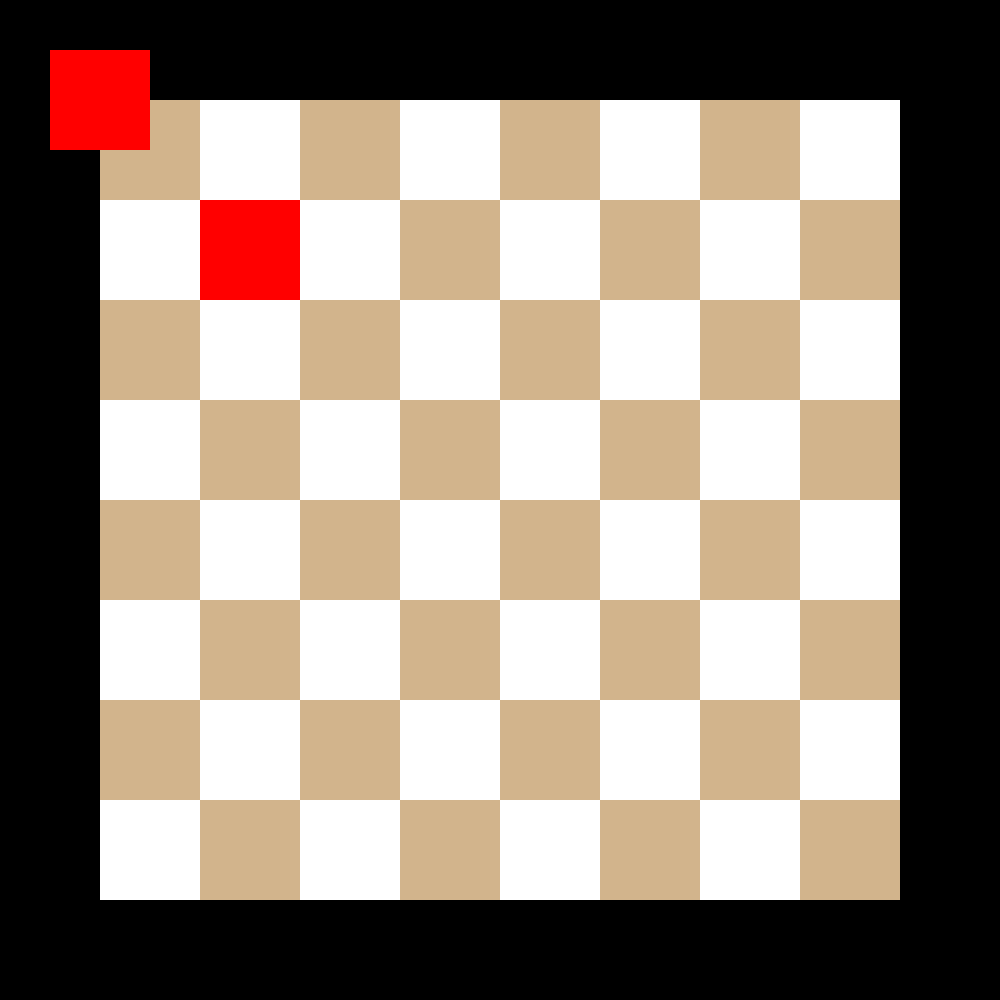
Repository: a-longe/capstone
Script's output: python engine/drag_n_drop_test.py
An editor plug-in stored every save of this project. The script's output is shown before and after the next save, followed by the edit.
The window is shown after at most 60 frames with no key pressed. Random numbers start from a fixed seed.

Above is the script's output before, as saved 2023-12-10 11:52:12.

After the next save:
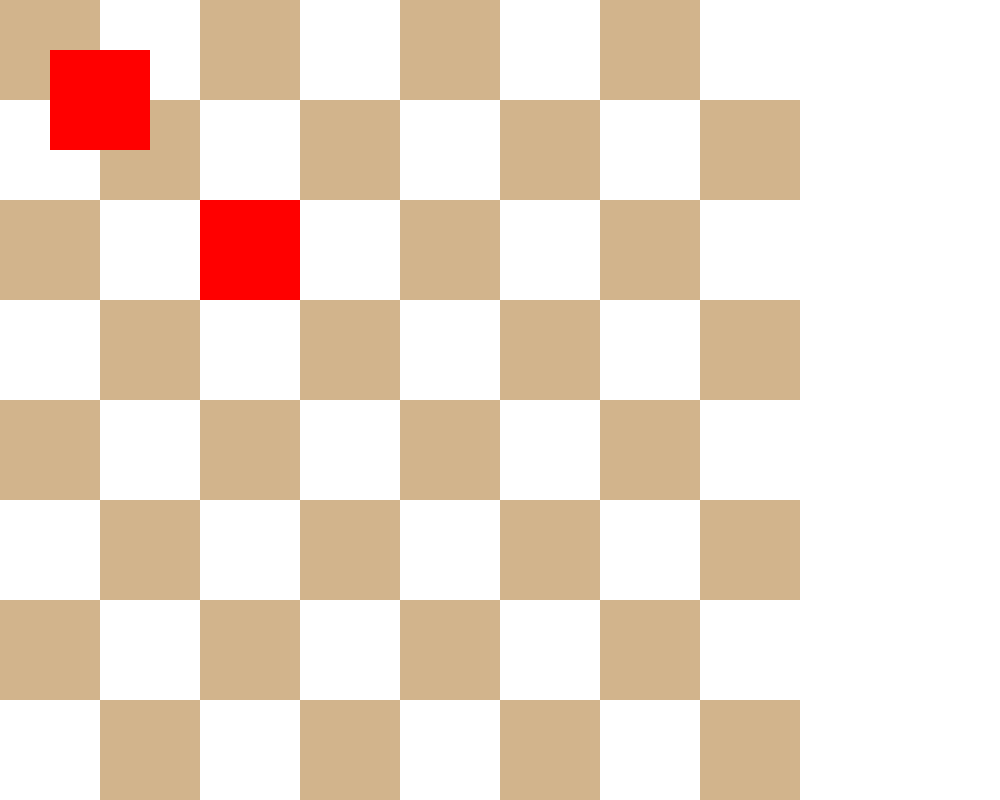
Saved 17 min 53 s later.
--- a/engine/drag_n_drop_test.py
+++ b/engine/drag_n_drop_test.py
@@ -1,6 +1,13 @@
 import os
 import sys
 import pygame as pg
+import math
+
+Cord = tuple[int, int]
+TOP_LEFT = 0
+BOTTOM_RIGHT = 800
+SQUARE_SIZE = 100
+BOARD_SIZE = 800
 
 
 def is_even(n):
@@ -20,8 +27,13 @@ def white_square(surface, image, rect):
     image.fill((255, 255, 255))
     surface.blit(image, rect)
 
+def get_snap_cords(x, y) -> Cord:
+    return (math.floor(x / 100))
 
-square_coords = [[i, j] for i in range(100, 900, 100) for j in range(100, 900, 100)]
+
+
+square_coords = [[i, j] for i in range(TOP_LEFT, BOTTOM_RIGHT, SQUARE_SIZE) \
+                for j in range(TOP_LEFT, BOTTOM_RIGHT, SQUARE_SIZE)]
 
 
 class Player:
@@ -66,7 +78,7 @@ class Board:
     # It has a number of methods that exist so other parts of the program can
     # inquire about the current state of the board
     def __init__(self, positions):
-        self.surface = pg.display.set_mode((1000, 1000))
+        self.surface = pg.display.set_mode((BOARD_SIZE, BOARD_SIZE))
         self.players = []
         for pos in positions:
             self.players.append(Player(self, pos))
